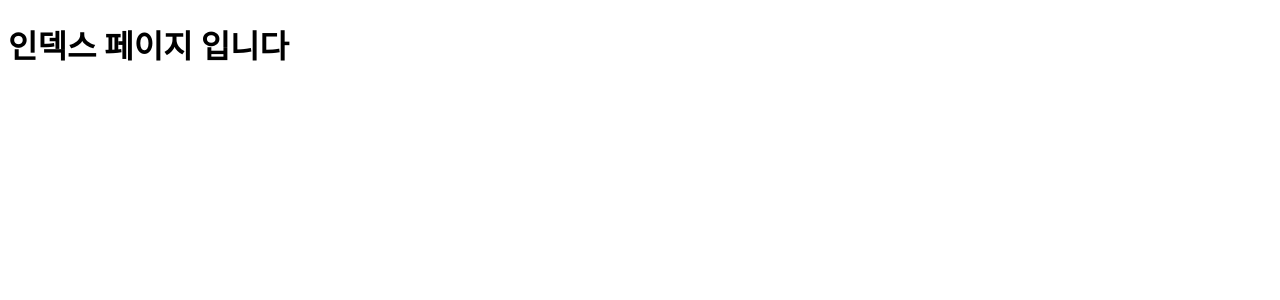
Repository: catfishlove/spring
Page: Boot02_Controller/src/main/resources/static/index.html
These files come from the project's save history. The page is drawn as it stood at one moment and after the next save; the edit follows.
The browser window is 1280 px wide. The pictures show the whole page.

Above is the page before, as saved 2024-06-28 08:12:13.

After the next save:
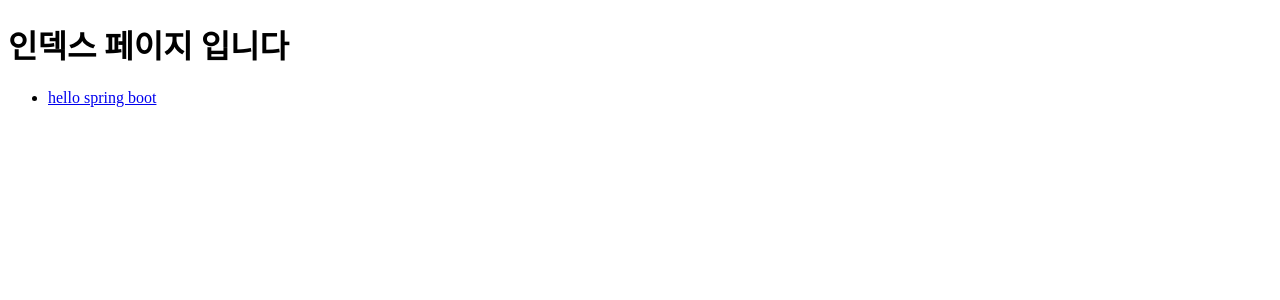
Saved 2 min 38 s later.
--- a/Boot02_Controller/src/main/resources/static/index.html
+++ b/Boot02_Controller/src/main/resources/static/index.html
@@ -7,7 +7,9 @@
 <body>
 	<div class="container">
 		<h1>인덱스 페이지 입니다</h1>
-
+		<ul>
+			<li><a href="/boot02/hello">hello spring boot</a></li>
+		</ul>
 	</div>
 </body>
 </html>
